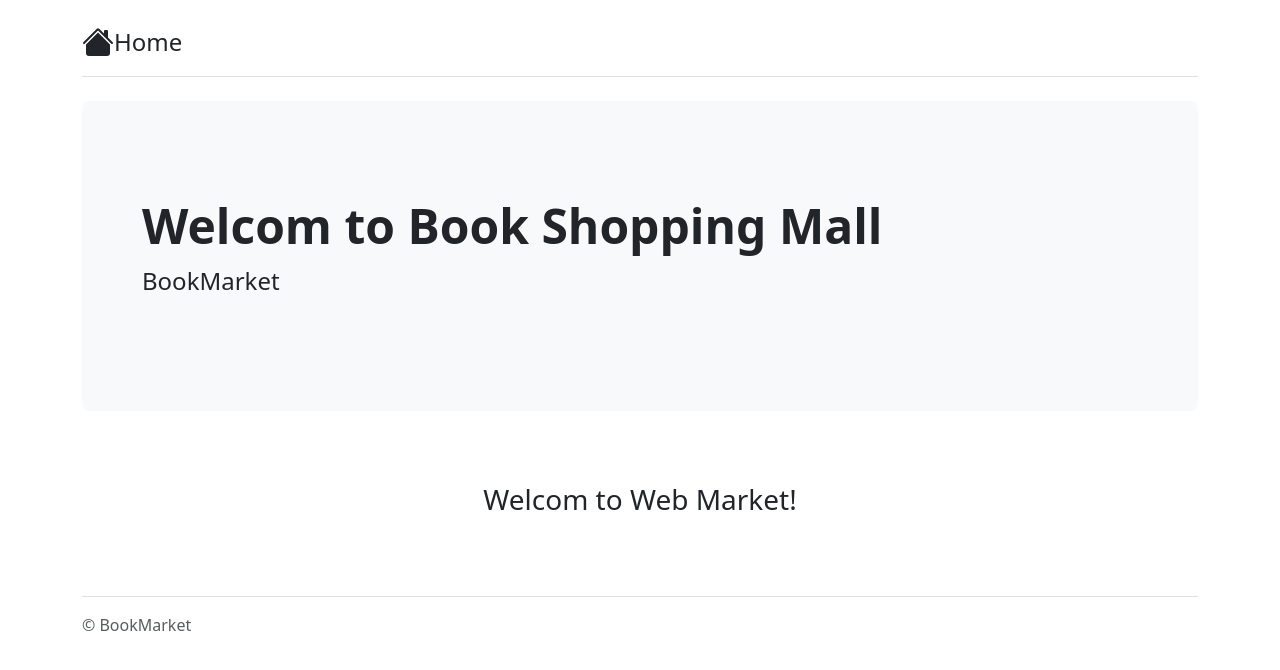
Repository: SJM7301/KH-JSP
Page: http://localhost/JSPBook/welcome.jsp
An editor plug-in stored every save of this project. The page is shown before and after the next save, followed by the edit.
The browser window is 1280 px wide. The pictures show the whole page.
The page is served by Tomcat 10. Nobody is signed in. The application's start-up code is not run. Other server files are loaded and not shown.

Above is the page before, as saved 2025-02-03 02:01:47.

### JSPBook/src/main/webapp/welcome.jsp
<%@ page language="java" contentType="text/html; charset=UTF-8"
	pageEncoding="UTF-8"%>
<!DOCTYPE html>
<html>
<head>
<meta charset="EUC-KR">
<title>Welcome</title>

<link href="https://cdn.jsdelivr.net/npm/bootstrap@5.3.0-alpha1/dist/css/bootstrap.min.css" rel="stylesheet">
</head>
<body>
	<div class="container py-4">
		<header class="pb-3 mb-4 border-bottom">
			<a href="./welcom.jsp" class="d-flex align-items-center text-dark text-decoration-none">
			<svg width="32" height="32" fill="currentColor" class="bi bi-house-fill" viewBox="0 0 16 16">
				<path d="M8.707 1.5a1 1 0 0 0-1.414 0L.646 8.146a.5.5 0 0 0 .708.708L8 2.207l6.646 6.647a.5.5 0 0 0 .708-.708L13 5.793V2.5a.5.5 0 0 0-.5-.5h-1a.5.5 0 0 0-.5.5v1.293L8.707 1.5Z"/>
				<path d="m8 3.293 6 6V13.5a1.5 1.5 0 0 1-1.5 1.5h-9A1.5 1.5 0 0 1 2 13.5V9.293l6-6Z"/>
			</svg>
				<span class="fs-4">Home</span>
			</a>
		</header>

		<%!
			String greeting = "Welcom to Book Shopping Mall";
			String tagline = "Welcom to Web Market!";
		%>

		<div class="p-5 mb-4 bg-body-tertiary rounded-3">
			<div class="container-fluid py-5">
				<h1 class="display-5 fw-bold"><%=greeting%></h1>
				<p class="col-md-8 fs-4">BookMarket</p>
			</div>
		</div>

		<div class="row align-items-md-stretch text-center">
			<div class="col-md-12">
				<div class="h-100 p-5">
					<h3><%=tagline%></h3>
				</div>
			</div>
		</div>

		<footer class="pt-3 mt-4 text-body-secondary border-top">
			&copy; BookMarket
		</footer>
	</div>
</body>
</html>

After the next save:
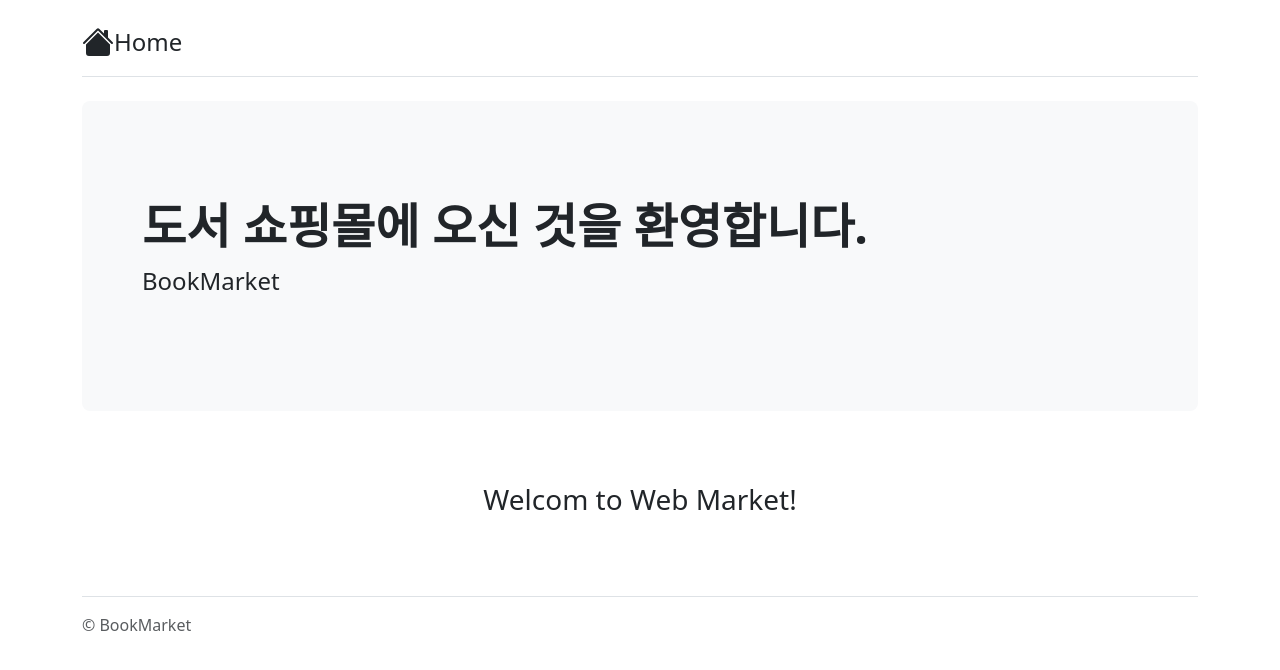
Saved 56 s later.
--- a/JSPBook/src/main/webapp/welcome.jsp
+++ b/JSPBook/src/main/webapp/welcome.jsp
@@ -21,7 +21,7 @@
 		</header>
 
 		<%!
-			String greeting = "Welcom to Book Shopping Mall";
+			String greeting = "도서 쇼핑몰에 오신 것을 환영합니다.";
 			String tagline = "Welcom to Web Market!";
 		%>
 
